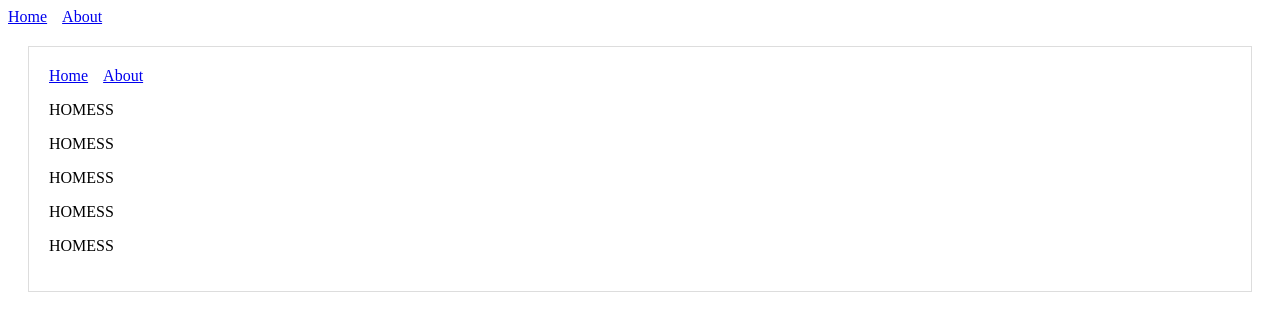
Repository: sivaraj-v/nextJs
Page: /
An editor plug-in stored every save of this project. The page is shown before and after the next save, followed by the edit.
The browser window is 1280 px wide. The pictures show the whole page.
The project was rebuilt for these pictures with package versions that can differ from the ones it lists, and the page was loaded fresh each time. The framework's server and built-in components were replaced by stand-ins that run in the browser.

Above is the page before, as saved 2017-10-11 12:19:02.

After the next save:
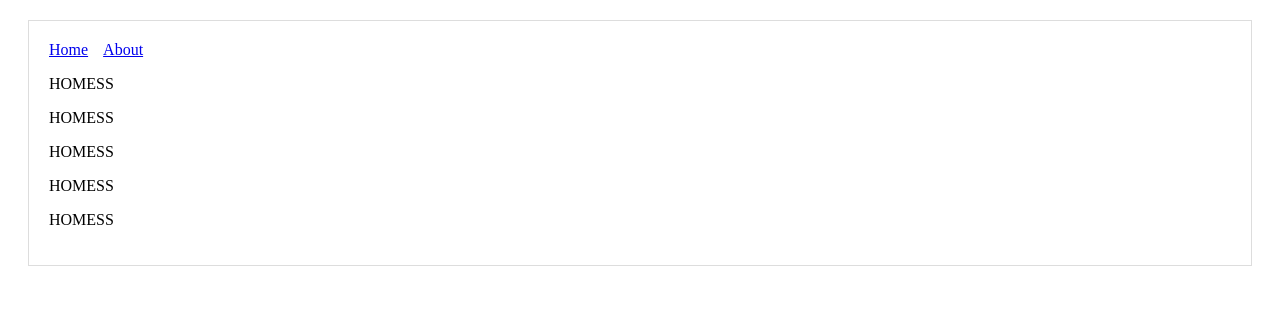
Saved 21 s later.
--- a/pages/index.js
+++ b/pages/index.js
@@ -13,7 +13,7 @@ const Index = () => (
       <title>My page title</title>
       <meta name="viewport" content="initial-scale=1.0, width=device-width" />
     </Head>
-    <Header />
+    {/* <Header /> */}
     <Layout>
       <p>HOMESS</p>
       <p>HOMESS</p>
